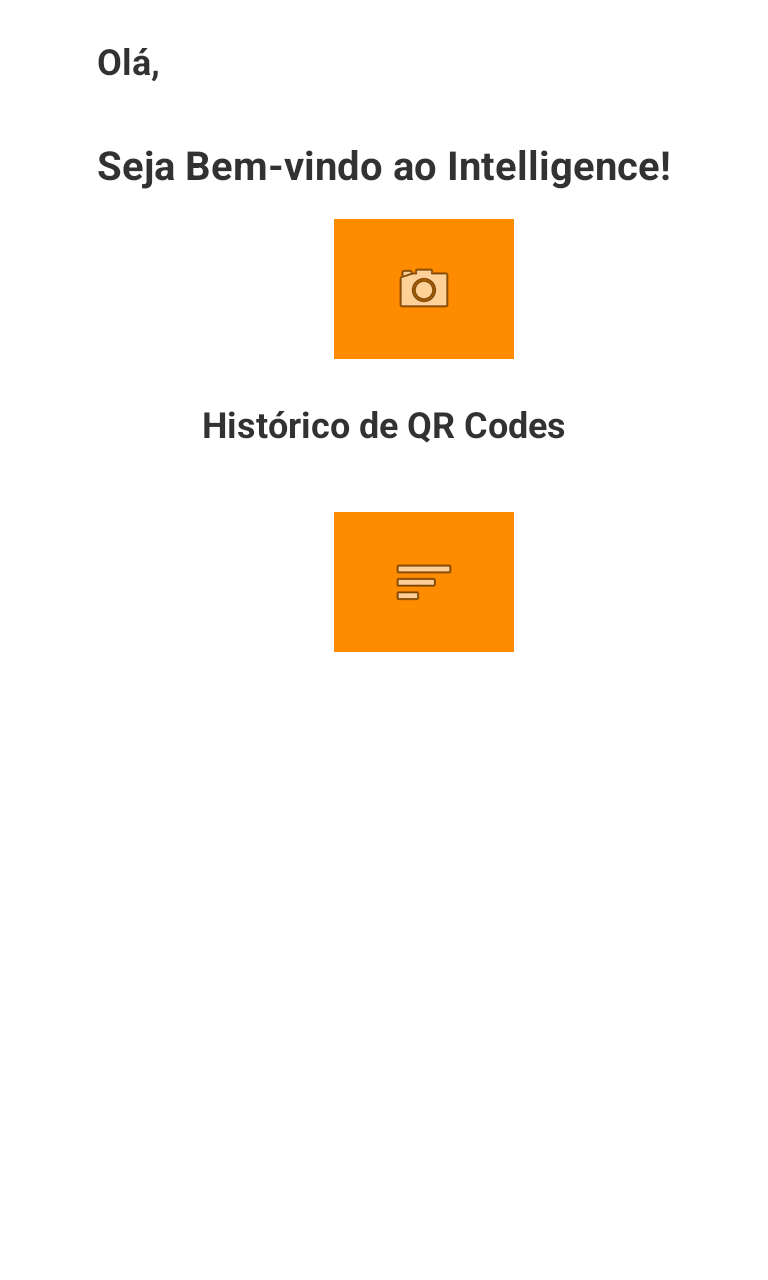
Repository: jhonpatrick/Projeto-QrCode-TDA-Informatica-
Layout: inteligence/res/layout/activity_intelligence.xml
An editor plug-in stored every save of this project. The layout is shown before and after the next save, followed by the edit.
It is drawn on a 768 x 1280 px phone screen (xhdpi) without system bars, with theme AppTheme; the app's code is not run.

Above is the layout before, as saved 2016-03-03 13:21:38.

After the next save:
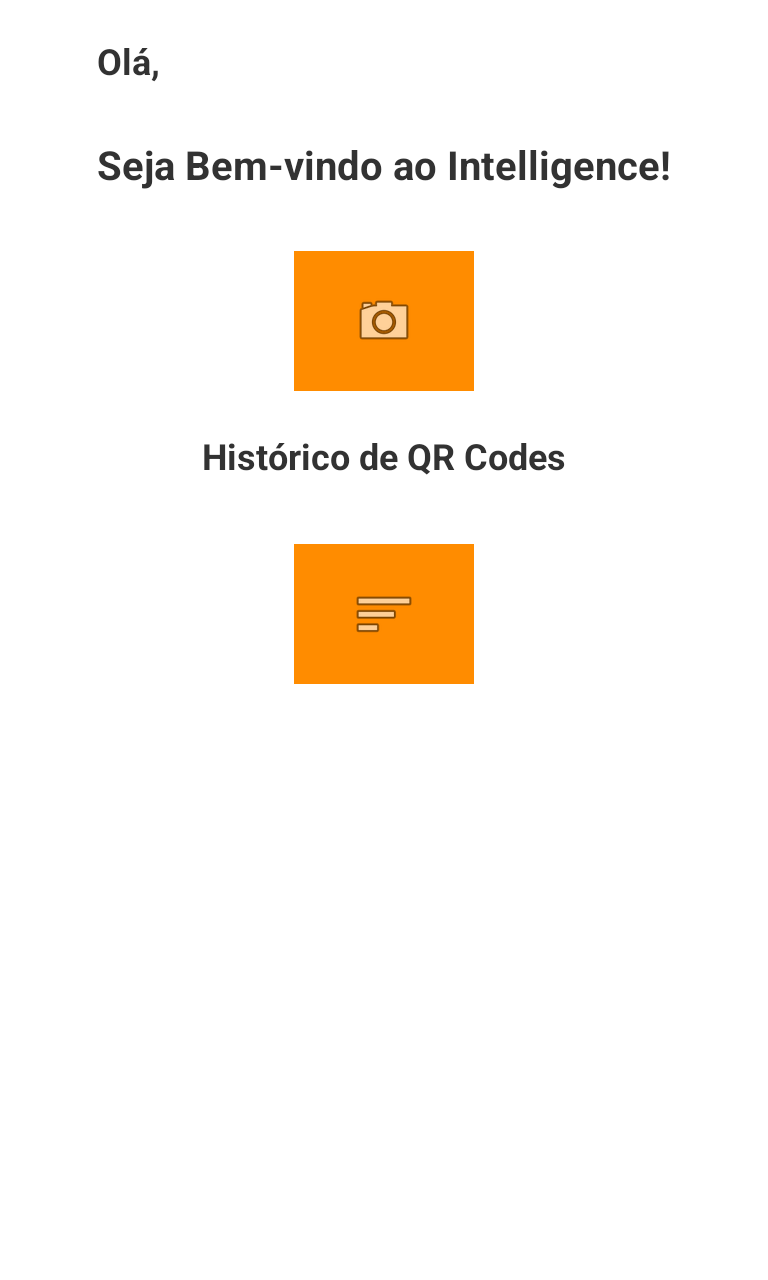
Saved 14 s later.
--- a/inteligence/res/layout/activity_intelligence.xml
+++ b/inteligence/res/layout/activity_intelligence.xml
@@ -15,19 +15,6 @@
         android:text="@string/historico"
         android:textSize="18sp"
         android:textStyle="bold" />
-
-    <ImageButton
-        android:id="@+id/imgb_digitalizar"
-        android:layout_width="90sp"
-        android:layout_height="70sp"
-        android:layout_alignRight="@+id/textView3"
-        android:layout_below="@+id/textView1"
-        android:layout_marginRight="26dp"
-        android:layout_marginTop="14dp"
-        android:background="#FF8C00"
-        android:contentDescription="@string/app_name"
-        android:onClick="digitalizar"
-        android:src="@android:drawable/ic_menu_camera" />
 
     <ImageButton
         android:id="@+id/imgb_historico"
@@ -63,4 +50,16 @@
         android:textSize="18sp"
         android:textStyle="bold" />
 
+    <ImageButton
+        android:id="@+id/imgb_digitalizar"
+        android:layout_width="90sp"
+        android:layout_height="70sp"
+        android:layout_below="@+id/textView1"
+        android:layout_centerHorizontal="true"
+        android:layout_marginTop="30dp"
+        android:background="#FF8C00"
+        android:contentDescription="@string/app_name"
+        android:onClick="digitalizar"
+        android:src="@android:drawable/ic_menu_camera" />
+
 </RelativeLayout>
